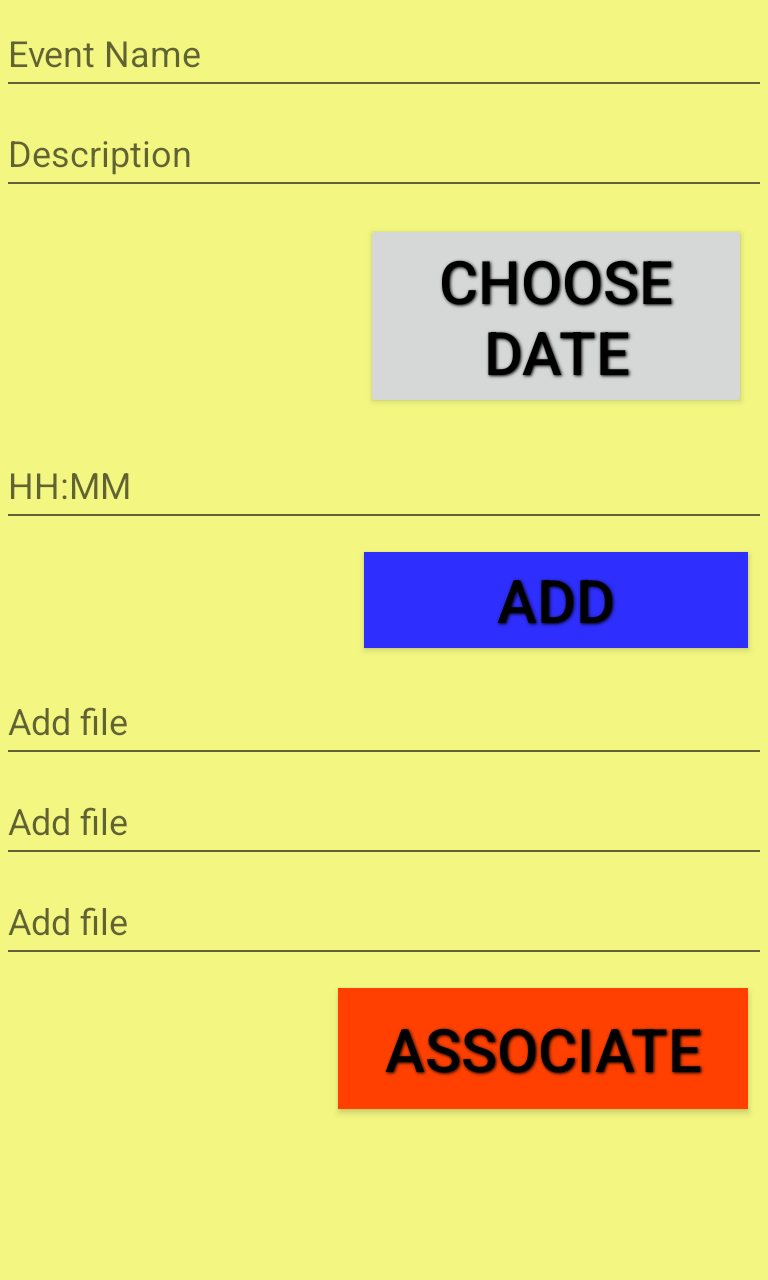
Repository: bluenavy/requirements
Layout: workspace/RetentionScheduler/res/layout/create_event.xml
These files come from the project's save history. The layout is drawn as it stood at one moment and after the next save; the edit follows.
It is drawn on a 768 x 1280 px phone screen (xhdpi) without system bars, with theme AppTheme; the app's code is not run.

Above is the layout before, as saved 2015-03-19 21:53:17.

After the next save:
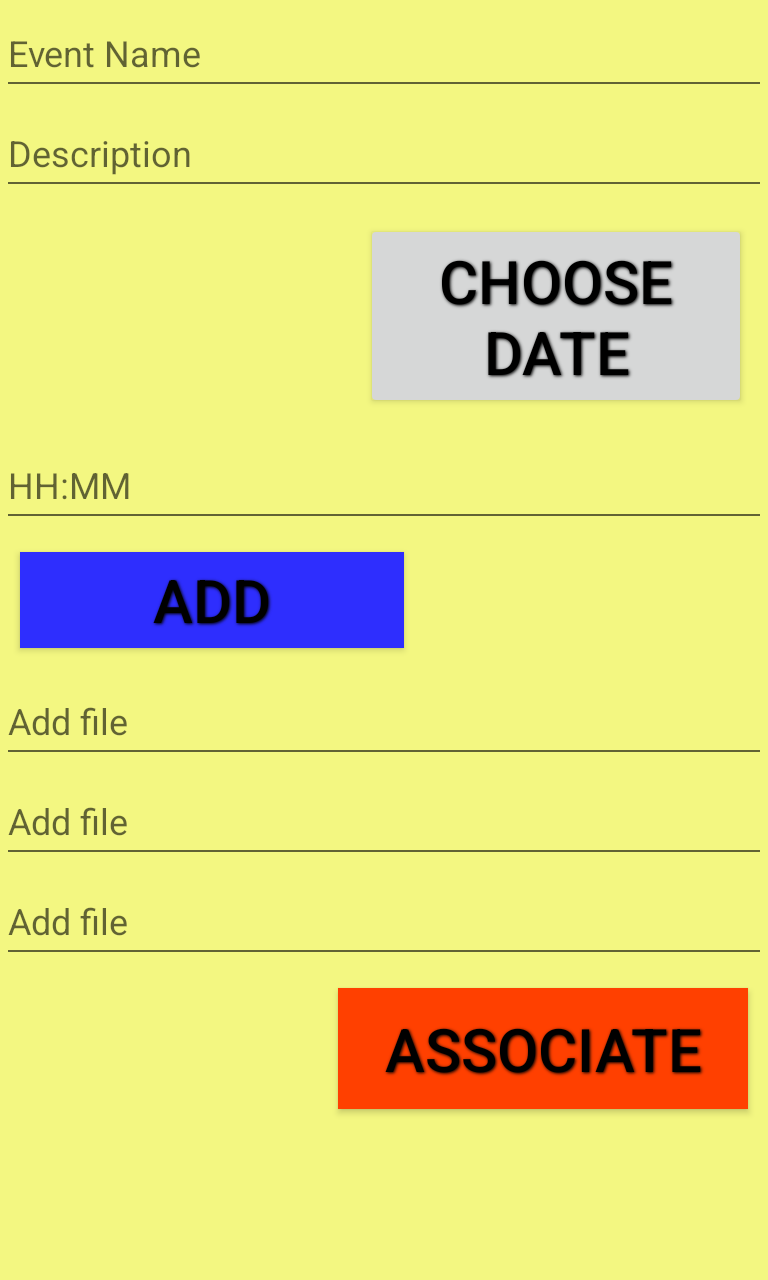
Saved 4 s later.
--- a/workspace/RetentionScheduler/res/layout/create_event.xml
+++ b/workspace/RetentionScheduler/res/layout/create_event.xml
@@ -42,7 +42,6 @@
         style="@style/ButtonText"
         android:layout_width="192dp"
         android:layout_height="wrap_content"
-      	android:layout_gravity="end"
         android:textColor="#000000"
         android:text="Add"
         android:background="#2E2EFE"
